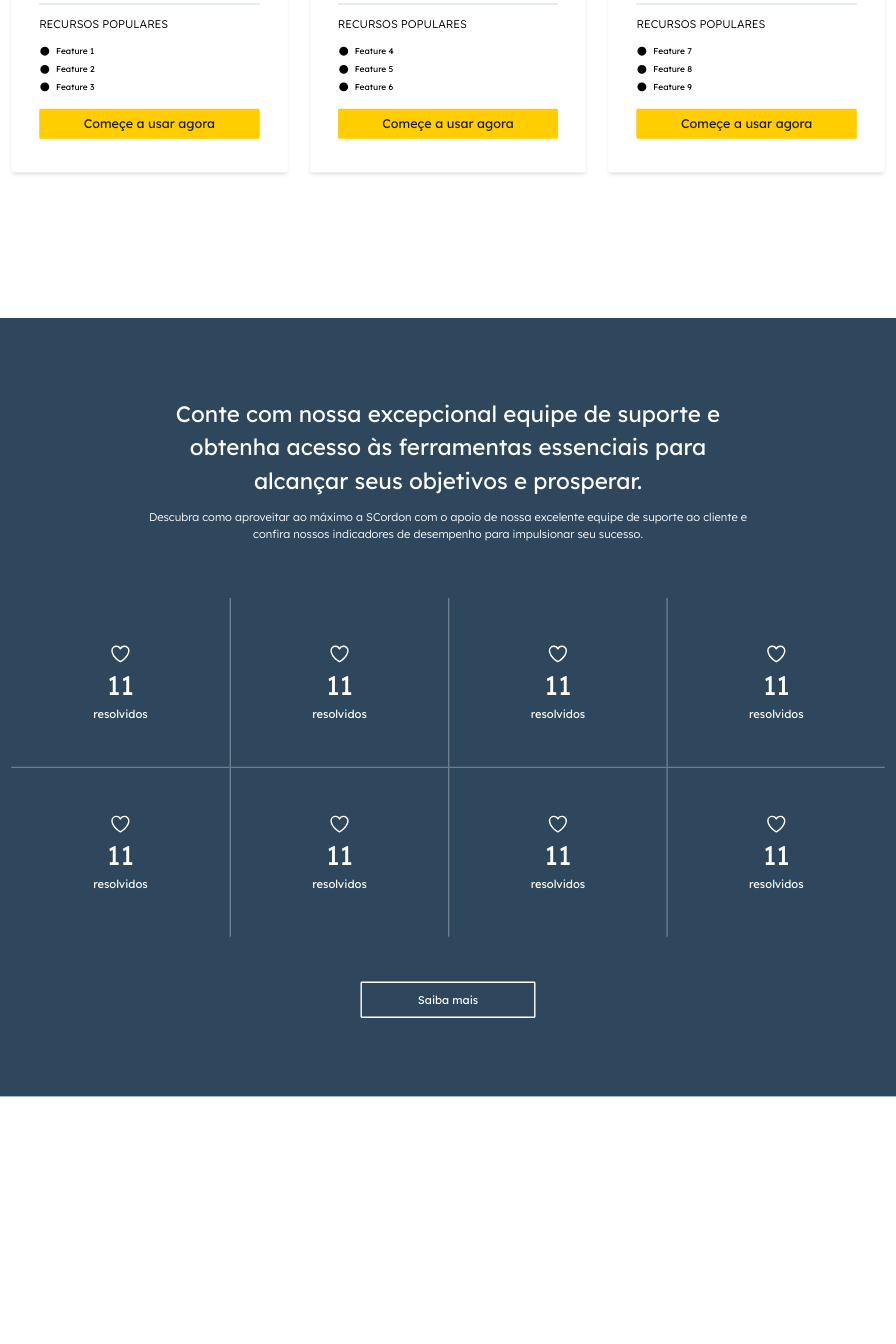
Repository: VereAbsolutum/site-institucional
Page: /
These files come from the project's save history. The page is drawn as it stood at one moment and after the next save; the edit follows.
The browser window is 1280 px wide. The pictures show the part of the page from y = 1246 to 3166 px (the page is 3166 px tall), at 70% of full size.
The project was rebuilt for these pictures with package versions that can differ from the ones it lists, and the page was loaded fresh each time. Also part of the build but not shown: vite.config.ts, src/presentation/components/buttons/button-base.tsx, src/presentation/components/buttons/button-border-primary.tsx, src/presentation/components/buttons/button-primary.tsx, src/presentation/components/typography/heading3.tsx, src/presentation/pages/not-found/notFound.tsx.

Above is the page before, as saved 2023-04-15 23:59:51.

After the next save:
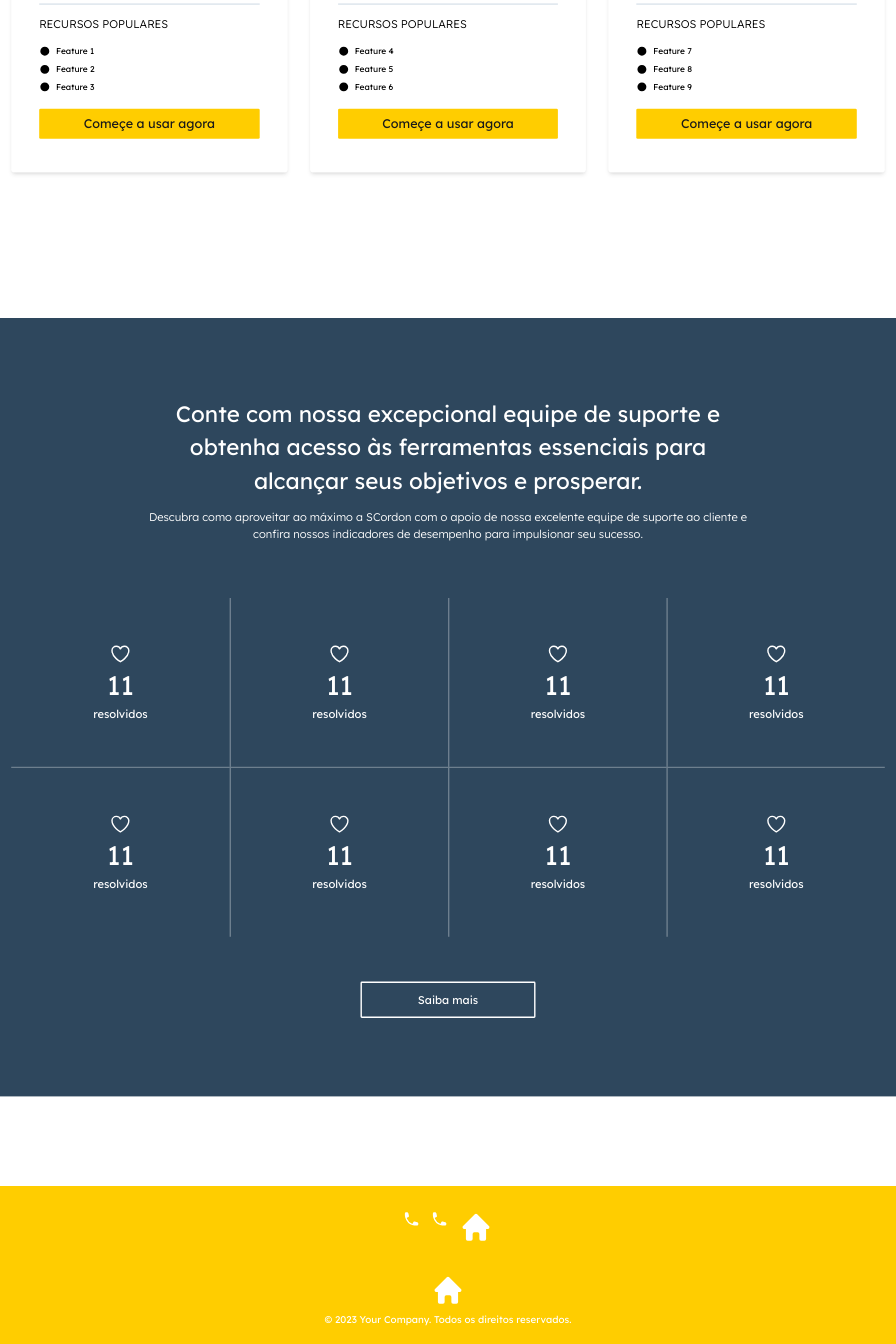
Saved 24 s later.
--- a/src/presentation/components/footer/footers.tsx
+++ b/src/presentation/components/footer/footers.tsx
@@ -3,7 +3,7 @@ import { PhoneIcon, HomeIcon } from '@heroicons/react/20/solid';
 
 const footer = () => {
     return (
-        <footer className="bg-gray-800 text-white py-6">
+        <footer className="bg-yellow text-white py-6">
             <div className="container mx-auto">
                 <div className="grid grid-rows-2 grid-cols-1 items-center gap-6">
                     <div className="flex justify-center">
